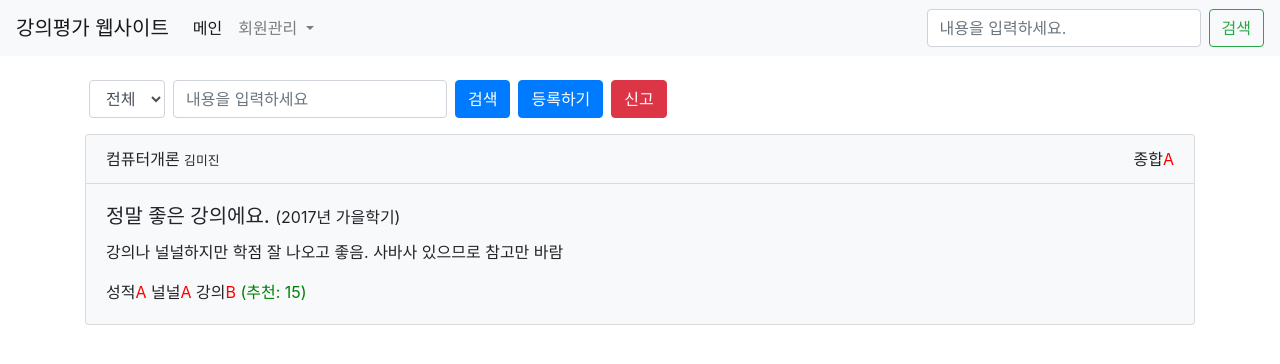
Repository: mijin99/lecture-evaluation
Page: http://localhost/Lecture_Evaluation/
An editor plug-in stored every save of this project. The page is shown before and after the next save, followed by the edit.
The browser window is 1280 px wide. The pictures show the whole page.
The page is served by Tomcat 9.

Above is the page before, as saved 2020-12-24 17:26:48.

After the next save:
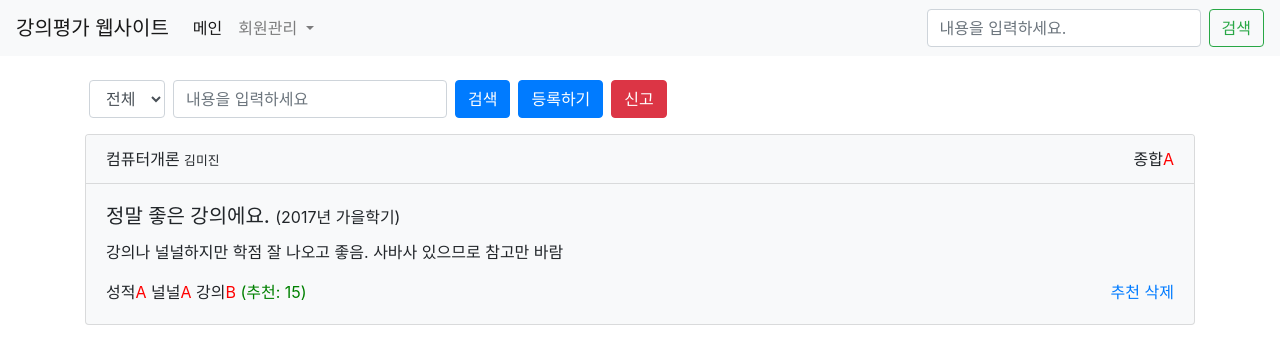
Saved 76 s later.
--- a/Lecture Evaluation/WebContent/index.jsp
+++ b/Lecture Evaluation/WebContent/index.jsp
@@ -96,7 +96,8 @@
 					</div>
 					<!-- 추천         텍스트 오른쪽 정렬  -->
 					<div class="col-3 text-right">
-
+						<a onclick="return contirm('추천하시겠습니까?')" href="./likeAction.jsp?evaluationID=">추천</a>
+						<a onclick="return contirm('추천하시겠습니까?')" href="./deleteAction.jsp?evaluationID=">삭제</a>
 					</div>
 				</div>
 			</div>
